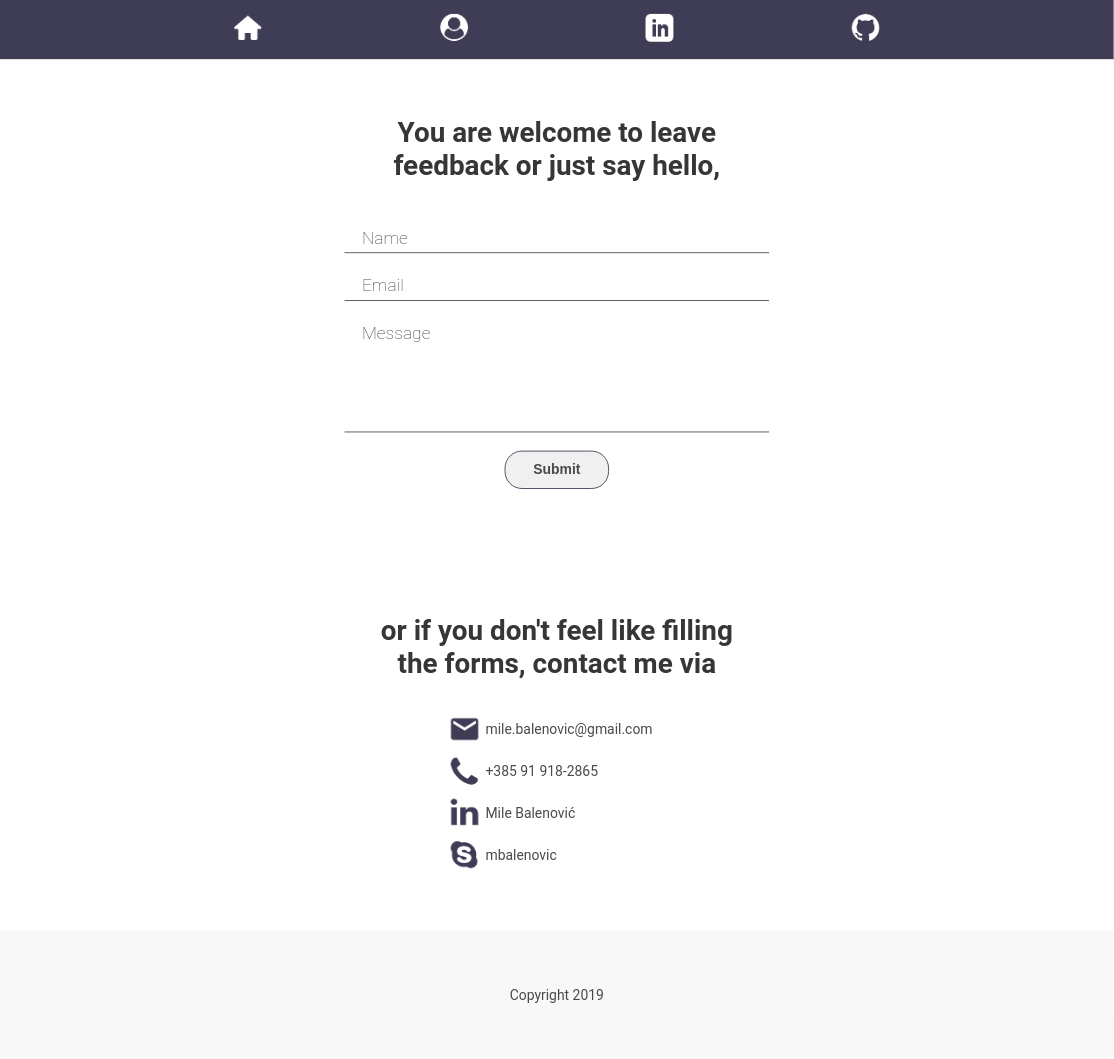
Repository: milac0/my-website
Page: /contact
An editor plug-in stored every save of this project. The page is shown before and after the next save, followed by the edit.
The browser window is 1280 px wide. The pictures show the whole page, at 87% of full size.
The project was rebuilt for these pictures with package versions that can differ from the ones it lists, and the page was loaded fresh each time. Also part of the build but not shown: src/components/Hero.js, src/components/AboutMe.js, src/components/Education.js, src/components/Experience.js, src/components/Projects.js, src/components/SectionCTA.js, src/pages/Home.js. Imported but missing from the stored project, and not drawn on this page: src/resume.pdf.

Above is the page before, as saved 2019-10-24 13:31:08.

### public/index.html
<!DOCTYPE html>
<html lang="en">
  <head>
    <meta charset="utf-8" />
    <link rel="icon" href="%PUBLIC_URL%/favicon.ico" />
    <meta name="viewport" content="width=device-width, initial-scale=1" />
    <meta name="theme-color" content="#000000" />
    <meta
      name="description"
      content="Web site created using create-react-app"
    />
    <!--
      manifest.json provides metadata used when your web app is installed on a
      user's mobile device or desktop. See https://developers.google.com/web/fundamentals/web-app-manifest/
    -->
    <link rel="manifest" href="%PUBLIC_URL%/manifest.json" />
    <!--
      Notice the use of %PUBLIC_URL% in the tags above.
      It will be replaced with the URL of the `public` folder during the build.
      Only files inside the `public` folder can be referenced from the HTML.

      Unlike "/favicon.ico" or "favicon.ico", "%PUBLIC_URL%/favicon.ico" will
      work correctly both with client-side routing and a non-root public URL.
      Learn how to configure a non-root public URL by running `npm run build`.
    -->
    <title>Mile Balenovic</title>
  </head>
  <body>
    <noscript>You need to enable JavaScript to run this app.</noscript>
    <div id="root"></div>
    <!--
      This HTML file is a template.
      If you open it directly in the browser, you will see an empty page.

      You can add webfonts, meta tags, or analytics to this file.
      The build step will place the bundled scripts into the <body> tag.

      To begin the development, run `npm start` or `yarn start`.
      To create a production bundle, use `npm run build` or `yarn build`.
    -->
  </body>
</html>

### src/index.css
html, body {
  height: 100%;
}

body {
  display: flex;
  flex-direction: column;
}

body {
  margin: 0;
  font-family: 'Roboto', sans-serif;
  -webkit-font-smoothing: antialiased;
  -moz-osx-font-smoothing: grayscale;
}

/*****
  Navbar & Hero
*****/

header,
.hero {
  /* background: #1f2e3f; */
  /* background: #19427A; */
  background:#3F3D56;
  border-bottom: 0.1px solid #ffffff;
  text-align: center;
}

.hero {
  margin-bottom: 2em;
}

.container {
  width: 90%;
  max-width: 1200px;
  margin: 0 auto;
}

nav li {
  list-style: none;
  display: flex;
  justify-content: space-evenly;
  align-items: center;
}

.nav-item:hover {
  filter: invert(0.1);
}
nav ul {
  padding: 0;
}

.hero {
  margin-bottom: 2.5em;
}

.hero-profile {
  padding: 3em 0;
}

.hero-profile img {
  margin-bottom: 0.5em;
}

.hero-profile-title,
.hero-profile-subtitle {
  color: #ffffff;
}

.hero-profile h1 {
  margin: 0;
  font-size: 2rem;
}

.hero-profile p {
  font-size: 1rem;
  margin: 0;
  margin-top: -0.25rem;
  margin-bottom: 1.5em;
}

.hero-profile-subtitle strong {
  font-weight: 700;
  color: #61dafb;
}

.button-cta,
.button-home {
  /* background: #F16334; */
  background: #00AEA0;
  color: #1f2e3f;
  padding: 0.75em 2em;
  border: none;
  border-radius: 20px;
  font-size: 1rem;
  font-weight: 700;
  text-decoration: none;
}

.button-cta:hover,
.button-cta:focus {
  /* background: #ed4d1c; */
  background: #00C1B1;
  color: #1f2e3f;
  cursor: pointer;
}

.button-home {
  background: #ffffff;
  border: 2px solid #1f2e3f;
  padding: 0.3em 1em;
}

.button-home:hover,
.button-home:focus {
  border: 2px solid #ffffff;
 filter: invert(0.1);
}


/*****
  Typography
*****/

h1 {
  color: #363636;
}

h2 {
  color: #363636;
  font-size: 1.5rem;
  font-weight: 500;
  margin: 0;
}

p,
ul {
  color: #4a4a4a;
}

.section-skill h2 {
  color: #1F2E3F;
  font-size: 1.25rem;
  font-weight: 400;
  margin: 0;
}

.section-body {
  font-size: 1rem;
  margin-bottom: 1em;
}

#section-cta .section-title,
#section-cta .section-body {
  color: #ffffff;

}

/*****
  Layout
*****/
section {
  margin-bottom: 2.5em;
}

.section-title {
  border-bottom: 2px solid #F8F8F9;
  font-size: 2rem;
  padding-bottom: 0.5em;
}

.article-education,
.section-skill {
  box-shadow: 2px 2px #F8F8F9;
  border: 2px solid #F8F8F9;
  /* background: #fafafa; */
  margin-bottom: 1em;
  padding: 0.5em;
}

.article-education li{
  margin-bottom: 0.5em;
}

.section-skill {
  background: #F8F8F9;
  text-align: center;
}

.section-skill p {
  margin: 0;
}

.section-skill-image {
  display: block;
  margin: 0 auto 1em auto;
  width: 70%;
}

article {
  background: #F8F8F9;
  padding: 1em;
  margin-bottom: 1em;
}

article h2 {
  margin-bottom: 0.5em;
}

.project-image {
  display: block;
  width: 100%;
  cursor: pointer;
  border-left: 1px solid #19427A;
  border-bottom: 1px solid #19427A;
  border-radius: 0 0 0 5px;
}

.project-image:hover {
  filter: invert(0.1);
}


#section-cta {
  padding-bottom: 5em;
  background: #3F3D56;
}

#section-cta{
  text-align: center;
  padding: 0.5em;
}

#section-cta .button-cta {
  margin: 1em 0 2em 0;
}

footer {
  background: #F8F8F9;
  padding: 3em 0;
  width: 100%;
  text-align: center;
  flex-shrink: 0;
}

.invalid-feedback {
  color: #D8000C;
  font-size: 0.75rem;
  font-family: 'Roboto', sans-serif;
}

### src/App.js
import React from 'react';
import {
  BrowserRouter as Router,
  Switch,
  Route,
} from "react-router-dom";
import Home from './pages/Home'
import Contact from './pages/Contact';

function App() {
  return (
      <Router>
        <Switch>
        <Route path ="/" exact component={Home} />
        <Route path ="/contact" component={Contact} />
        </Switch>
      </Router>

  );
}

export default App;

### src/pages/Contact.js
import React, { Fragment } from "react";
import Navbar from "../components/Navbar";
import Footer from "../components/Footer";
import FormContact from '../components/FormContact'
import styles from "./contact.module.css";

import skypeIcon from "../images/skype.png";
import mailIcon from "../images/mail.png";
import linkedinIcon from "../images/linkedin-contact.png";
import phoneIcon from "../images/phone.png";

const Contact = () => {
  return (
    <Fragment>
      <Navbar />
      <main>
        <div className={styles.container}>
            <h1 className={styles.contactTitle}>
              You are welcome to leave feedback or just say hello,
            </h1>
          <section>
            <FormContact />
          </section>
          <section className={styles.otherContacts}>
            <h1 className={styles.contactTitle}>or if you don't feel like filling the forms, contact me via</h1>
            <ul className={styles.contacts}>
              <li>
                <a className={styles.contactItem} href="mailto:mile.balenovic@gmail.com?Subject=Hello">
                  <img src={mailIcon} alt="github" />
                  <span className={styles.contactBody}>mile.balenovic@gmail.com</span>
                </a>
              </li>
              <li>
                <a className={styles.contactItem} href="tel:00385919182865">
                  <img src={phoneIcon} alt="phone" />
                  <span className={styles.contactBody}>+385 91 918-2865</span>
                </a>
              </li>
              <li>
                <a className={styles.contactItem} href="https://www.linkedin.com/in/mile-balenovi%C4%87-a4ab9188/">
                  <img src={linkedinIcon} alt="linkedin" />
                  <span className={styles.contactBody}>Mile Balenović</span>
                </a>
              </li>
              <li>
                <a className={styles.contactItem} href="skype:mbalenovic?chat">
                  <img src={skypeIcon} alt="skype" />
                  <span className={styles.contactBody}>mbalenovic</span>
                </a>
              </li>
            </ul>
          </section>
        </div>
      </main>
      <Footer />
    </Fragment>
  );
};

export default Contact;

### src/components/Navbar.js
import React from "react";
import { Link } from 'react-router-dom'

import resumeIcon from "../images/resume.png";
import linkedinIcon from "../images/linkedin.png";
import githubIcon from "../images/github.png";
import homeIcon from "../images/home.png";
import resumePdf from "../resume.pdf";

//mui
import Tooltip from "@material-ui/core/Tooltip";

const Navbar = ({ showHome }) => {
  return (
    <header>
      <div className="container">
        <nav>
          <li>
          <ul>
              <Tooltip title="Home">
                <Link to="/">
                  <img className="nav-item" src={homeIcon} alt="home" />
                </Link>
              </Tooltip>
            </ul>
            <ul>
              <Tooltip title="Resume">
                <a href={resumePdf} download target="_self">
                  <img className="nav-item" src={resumeIcon} alt="resume" />
                </a>
              </Tooltip>
            </ul>
            <ul>
              <Tooltip title="Linkedin">
                <a href="https://www.linkedin.com/in/mile-balenovi%C4%87-a4ab9188/">
                  <img className="nav-item" src={linkedinIcon} alt="linkedin" />
                </a>
              </Tooltip>
            </ul>
            <ul>
              <Tooltip title="Github">
                <a href="https://github.com/milac0">
                  <img className="nav-item" src={githubIcon} alt="github" />
                </a>
              </Tooltip>
            </ul>
          </li>
        </nav>
      </div>
    </header>
  );
};

export default Navbar;

### src/components/Footer.js
import React from 'react';

const Footer = () => {
    return (
        <footer>
        <p> Copyright 2019</p>
     </footer>
    );
};

export default Footer;

### src/components/FormContact.js
import React, { useState, Fragment } from 'react';
import { Formik, Form, Field, ErrorMessage } from 'formik';
import * as Yup from 'yup';
import emailjs from 'emailjs-com'

import styles from './formContact.module.css'

const FormContact = () => {

    const [description, setDescription] = useState('')

    return (
        <Formik
                initialValues={{
                    name: '',
                    message: '',
                    email: ''
                }}
                validationSchema={Yup.object().shape({
                    name: Yup.string()
                        .required('Name is required'),
                    message: Yup.string()
                        .required('Message is required'),
                    email: Yup.string()
                        .email('Email is invalid')
                        .required('Email is required')
                })}
                onSubmit={({name, message, email }, { resetForm}) => {
                    emailjs.send('gmail_mile_balenovic', 'template_kfALJkSq', {name, email, message}, process.env.REACT_APP_API_KEY)
                    .then(response => {
                        if(response.status === 200) {
                            setDescription('Hear you soon!')
                            resetForm()
                        } else {
                            setDescription('Something went wrong. Try contacts bellow!')
                        }
                    })
                    .catch(err => console.log(err))
                }}
                render={({ errors, status, touched }) => (
                    <Fragment>
                        <Form>
                        <div className="form-group">
                            <Field name="name" placeholder="Name" type="text" className={'form-control' + (errors.name && touched.name ? ' is-invalid' : '')} />
                            <ErrorMessage name="name" component="div" className="invalid-feedback" />
                        </div>
                        <div className="form-group">
                            <Field name="email" placeholder="Email" type="text" className={'form-control' + (errors.email && touched.email ? ' is-invalid' : '')} />
                            <ErrorMessage name="email" component="div" className="invalid-feedback" />
                        </div>
                        <div className="form-group">
                            <Field name="message" placeholder="Message" type="text" component="textarea" rows="5" className={'form-control' + (errors.message && touched.message ? ' is-invalid' : '')} />
                            <ErrorMessage name="message" component="div" className="invalid-feedback" />
                        </div>

                        <div className="form-group">
                            <button type="submit" className={styles.buttonSubmit}>Submit</button>
                        </div>
                    </Form>
                    {description}
                    </Fragment>
                )}
            />
    )
}
export default FormContact;

### src/pages/contact.module.css
span {
    color: #4a4a4a;
    font-size: 1rem;
}

.container {
    width: 90%;
    max-width: 560px;
    margin: 0 auto;
    text-align: center;
}

.contacts {
    list-style: none;
    padding-left: 0;
    width: 260px;
    margin: 0 auto 4em auto;
}

.contactItem {
    text-decoration: none;
    padding: 0.5em;
    display: flex;
    justify-content: flex-start;
    align-items: center;
}

.contactTitle {
    margin: 2em;
    margin-bottom: 1em;
}

.contactBody {
    padding: 0 0.5em;
}

.otherContacts .contactTitle {
    margin-top: 4em;
    font-size: 2rem;
}

### src/components/formContact.module.css
.buttonSubmit {
    margin: 1em;
    border-radius: 5px;
    background: #F0F0F0;
    color: #4a4a4a;
    padding: 0.75em 2em;
    border: 1px solid #3F3D56;
    border-radius: 20px;
    font-size: 1rem;
    font-weight: 700;
    text-decoration: none;
}

.buttonSubmit:hover,
.buttonSubmit:focus {
    color: #ffffff;
    cursor: pointer;
    background: #3F3D56;
}

input, textarea {
    max-width: 480px;
    width: 80%;
    display: block;
    padding: 1em;
    padding-bottom: 0.25em;
    margin: 0.25em auto;
    border: none;
    border-bottom: 1px solid #4a4a4a;
    resize: none;
}

input[type=text],
textarea[type=text] {
    color: #363636;
    font-size: 1.25rem;
    font-weight: 400;
    font-family: 'Roboto', sans-serif;
}

input::placeholder,
textarea::placeholder {
    color: #363636;
    font-size: 1.25rem;
    font-weight: 200;
    font-family: 'Roboto', sans-serif;
}

.description {
    color: #363636;
    font-size: 1.25rem;
}

Loaded but not shown: src/index.js (common file)

After the next save:
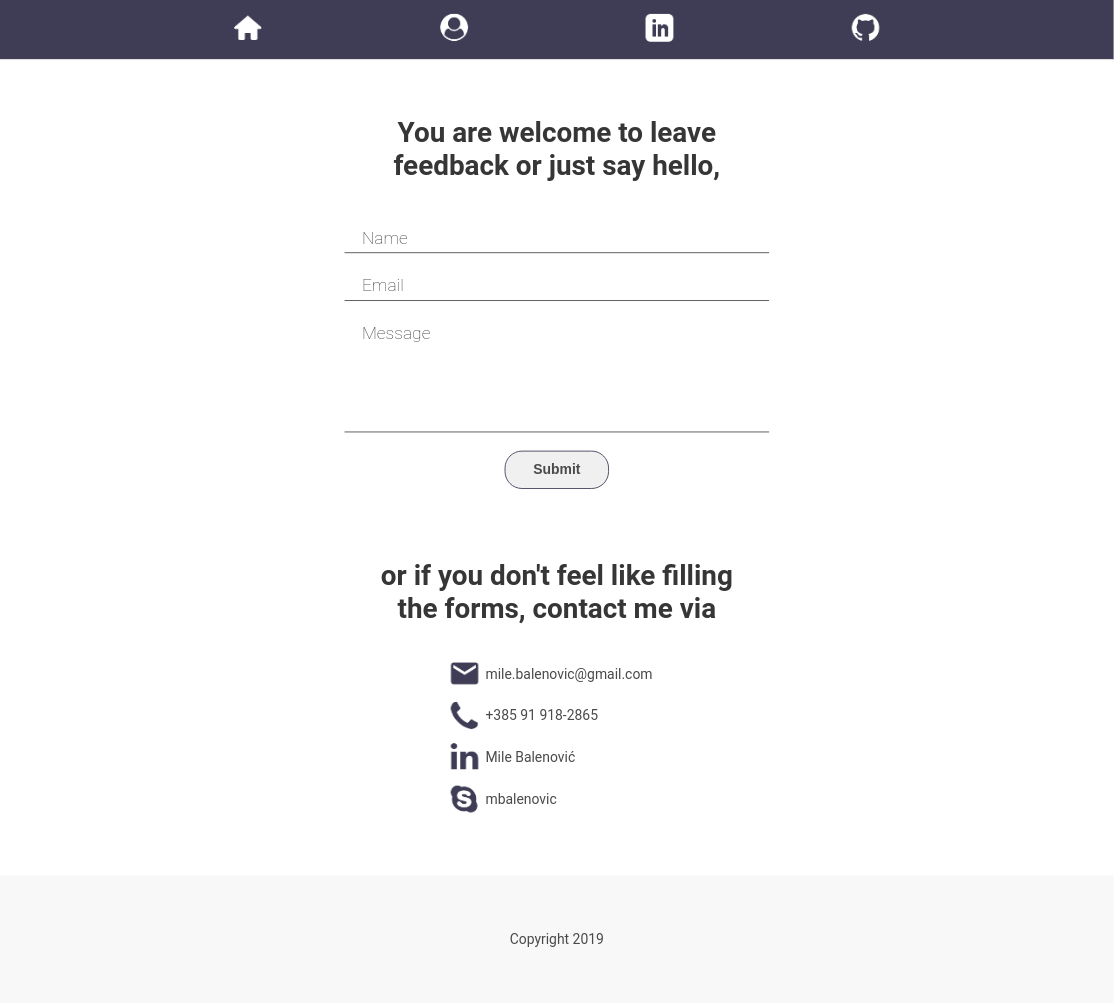
Saved 21 s later.
--- a/src/pages/contact.module.css
+++ b/src/pages/contact.module.css
@@ -35,6 +35,6 @@ span {
 }
 
 .otherContacts .contactTitle {
-    margin-top: 4em;
+    margin-top: 2em;
     font-size: 2rem;
 }
